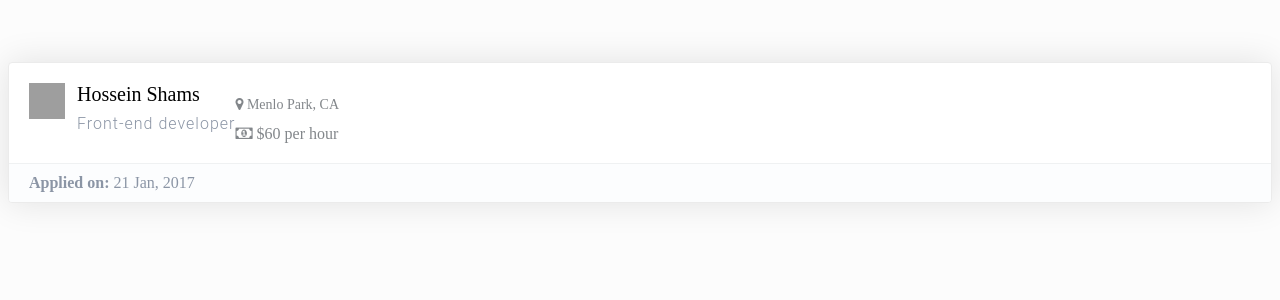
Repository: guddus326/Grass_Farm
Page: http://localhost/Grass_Farm/test.jsp
The author's editor kept a copy of each file at every save. The page is drawn from the files as they stood at one save, then again after the next save.
The browser window is 1280 px wide. The pictures show the whole page.
Pictures or frames that could not be fetched are drawn as grey boxes. Some web libraries are served in a nearby version. The page is served by Tomcat 9. Other server files are loaded and not shown.

Above is the page before, as saved 2020-10-03 05:38:37.

### Grass_Farm/Grass_Farm/WebContent/test.jsp
<%@ page language="java" contentType="text/html; charset=EUC-KR"
    pageEncoding="EUC-KR"%>
<!DOCTYPE html>
<html>
<head>
<meta charset="EUC-KR">
<title>Insert title here</title>
<style>
body{
    background:#FCFCFC;
}
.pr-12 {
    padding-right: 12px !important;
}

.mb-20 {
    margin-bottom: 20px !important;
}

.b-1 {
    border: 1px solid #ebebeb !important;
}

.card {
    border: 0;
    border-radius: 0;
    margin-bottom: 30px;
    -webkit-transition: .5s;
    transition: .5s;
}

.card {
    position: relative;
    display: -ms-flexbox;
    display: flex;
    -ms-flex-direction: column;
    flex-direction: column;
    min-width: 0;
    word-wrap: break-word;
    background-color: #fff;
    background-clip: border-box;
    border: 1px solid rgba(0,0,0,.125);
    border-radius: .25rem;
}

.media {
    padding: 16px 12px;
    -webkit-transition: background-color .2s linear;
    transition: background-color .2s linear;
}

.media {
    display: -ms-flexbox;
    display: flex;
    -ms-flex-align: start;
    align-items: flex-start;
}

.card-body {
    -ms-flex: 1 1 auto;
    flex: 1 1 auto;
    padding: 1.25rem;
}

.media .avatar {
    flex-shrink: 0;
}

.no-radius {
    border-radius: 0 !important;
}

.avatar-xl {
    width: 64px;
    height: 64px;
    line-height: 64px;
    font-size: 1.25rem;
}

.avatar {
    position: relative;
    display: inline-block;
    width: 36px;
    height: 36px;
    line-height: 36px;
    text-align: center;
    border-radius: 100%;
    background-color: #f5f6f7;
    color: #8b95a5;
    text-transform: uppercase;
}

img {
    max-width: 100%;
}

img {
    vertical-align: middle;
    border-style: none;
}

.mb-2 {
    margin-bottom: .5rem!important;
}

.fs-20 {
    font-size: 20px !important;
}

.pr-16 {
    padding-right: 16px !important;
}

.ls-1 {
    letter-spacing: 1px !important;
}

.fw-300 {
    font-weight: 300 !important;
}

.fs-16 {
    font-size: 16px !important;
}

.media-body>* {
    margin-bottom: 0;
}

small, time, .small {
    font-family: Roboto,sans-serif;
    font-weight: 400;
    font-size: 11px;
    color: #8b95a5;
}

.fs-14 {
    font-size: 14px !important;
}

.mb-12 {
    margin-bottom: 12px !important;
}

.text-fade {
    color: rgba(77,82,89,0.7) !important;
}

.card-footer:last-child {
    border-radius: 0 0 calc(.25rem - 1px) calc(.25rem - 1px);
}

.card-footer {
    background-color: #fcfdfe;
    border-top: 1px solid rgba(77,82,89,0.07);
    color: #8b95a5;
    padding: 10px 20px;
}

.flexbox {
    display: -webkit-box;
    display: flex;
    -webkit-box-pack: justify;
    justify-content: space-between;
}

.align-items-center {
    -ms-flex-align: center!important;
    align-items: center!important;
}

.card-footer {
    padding: .75rem 1.25rem;
    background-color: rgba(0,0,0,.03);
    border-top: 1px solid rgba(0,0,0,.125);
}


.card-footer {
    background-color: #fcfdfe;
    border-top: 1px solid rgba(77, 82, 89, 0.07);
    color: #8b95a5;
    padding: 10px 20px
}

.card-footer>*:last-child {
    margin-bottom: 0
}

.hover-shadow {
    -webkit-box-shadow: 0 0 35px rgba(0, 0, 0, 0.11);
    box-shadow: 0 0 35px rgba(0, 0, 0, 0.11)
}

.fs-10 {
    font-size: 10px !important;
}
</style>
</head>
<body>
<link href="https://maxcdn.bootstrapcdn.com/font-awesome/4.3.0/css/font-awesome.min.css" rel="stylesheet">
<br>
<br>
<br>
<div class="container">
<div class="col-md-12">
    <div class="card b-1 hover-shadow mb-20">
        <div class="media card-body">
            <div class="media-left pr-12">
                <img class="avatar avatar-xl no-radius" src="https://bootdey.com/img/Content/avatar/avatar1.png" alt="...">
            </div>
            <div class="media-body">
                <div class="mb-2">
                    <span class="fs-20 pr-16">Hossein Shams</span>
                </div>
                <small class="fs-16 fw-300 ls-1">Front-end developer</small><br>
            </div>
            <div class="media-right text-right d-none d-md-block">
                <p class="fs-14 text-fade mb-12"><i class="fa fa-map-marker pr-1"></i> Menlo Park, CA</p>
                <span class="text-fade"><i class="fa fa-money pr-1"></i> $60 per hour</span>
            </div>
        </div>
        <footer class="card-footer flexbox align-items-center">
            <div>
                <strong>Applied on:</strong>
                <span>21 Jan, 2017</span>
            </div>
        </footer>
    </div>




</div>
</div>
</body>
</html>

After the next save:
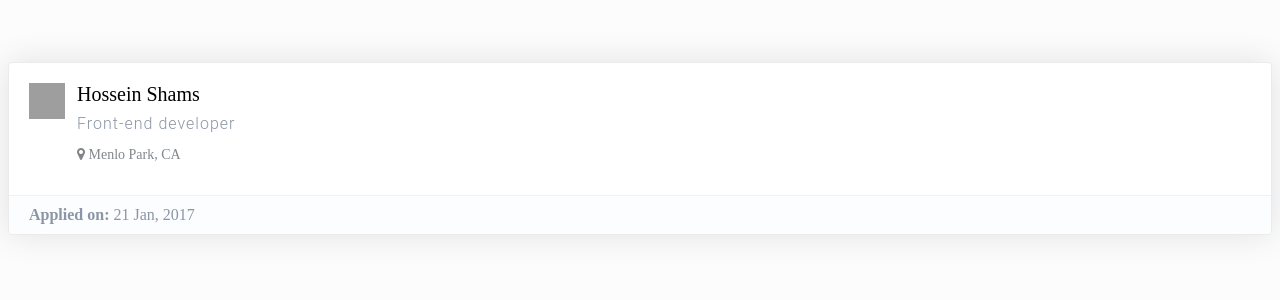
Saved 39 s later.
--- a/Grass_Farm/Grass_Farm/WebContent/test.jsp
+++ b/Grass_Farm/Grass_Farm/WebContent/test.jsp
@@ -214,11 +214,10 @@ small, time, .small {
                     <span class="fs-20 pr-16">Hossein Shams</span>
                 </div>
                 <small class="fs-16 fw-300 ls-1">Front-end developer</small><br>
+                <p class="fs-14 text-fade mb-12"><i class="fa fa-map-marker pr-1"></i> Menlo Park, CA</p>
             </div>
-            <div class="media-right text-right d-none d-md-block">
-                <p class="fs-14 text-fade mb-12"><i class="fa fa-map-marker pr-1"></i> Menlo Park, CA</p>
-                <span class="text-fade"><i class="fa fa-money pr-1"></i> $60 per hour</span>
-            </div>
+
+
         </div>
         <footer class="card-footer flexbox align-items-center">
             <div>
